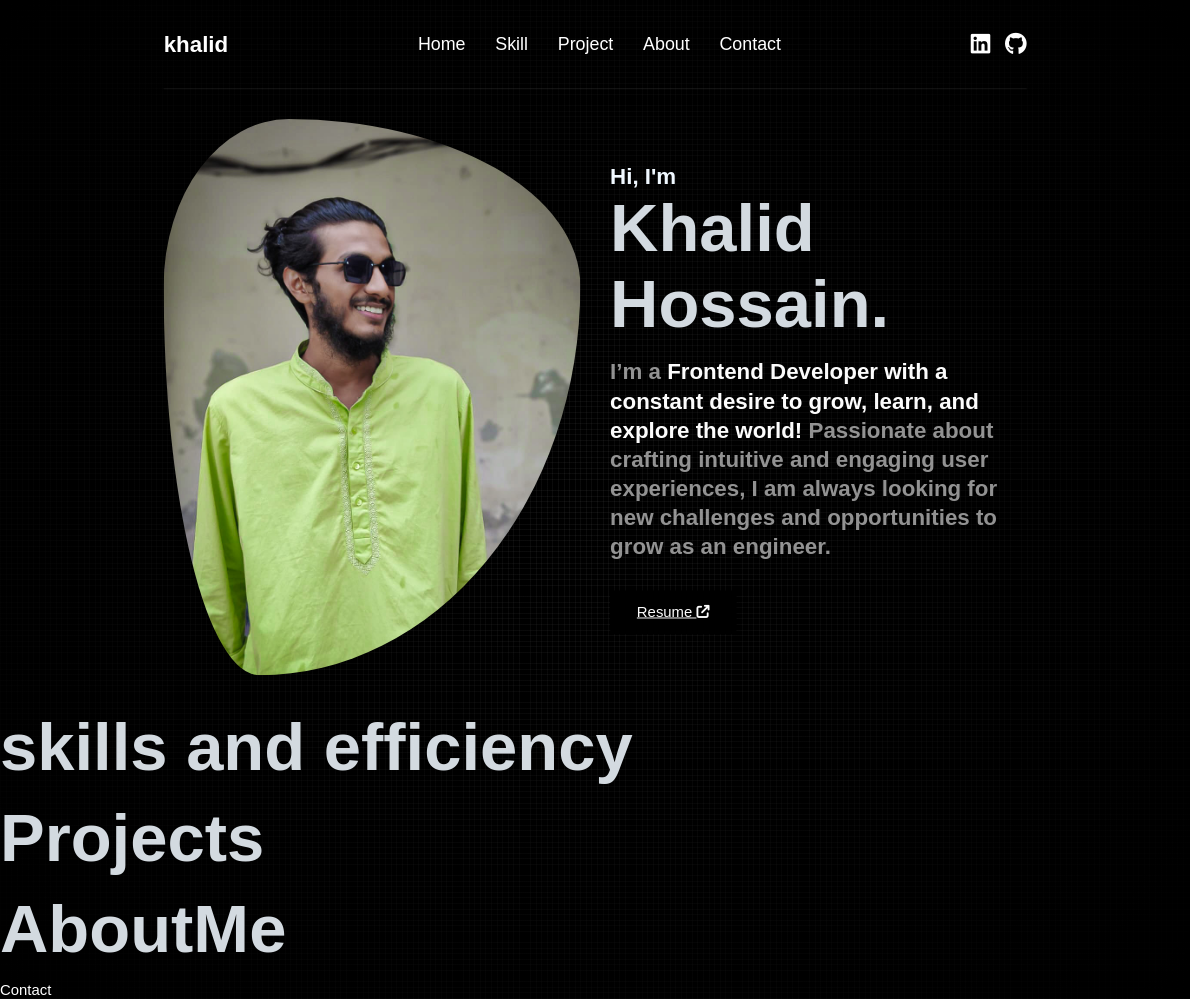
Repository: badhon252/my-portfolio
Page: /
The author's editor kept a copy of each file at every save. The page is drawn from the files as they stood at one save, then again after the next save.
The browser window is 1280 px wide. The pictures show the whole page, at 93% of full size.
The project was rebuilt for these pictures with package versions that can differ from the ones it lists, and the page was loaded fresh each time. Also part of the build but not shown: src/Components/Home/Header/Navbar/Navs/LinkedIn/LinkedIn.module.css, src/Components/Home/Header/Navbar/Navs/GitHub/Github.module.css.

Above is the page before, as saved 2023-01-16 00:59:40.

### public/index.html
<!DOCTYPE html>
<html lang="en">

<head>
    <meta charset="utf-8" />
    <link rel="icon" href="%PUBLIC_URL%/favicon.ico" />
    <meta name="viewport" content="width=device-width, initial-scale=1" />
    <meta name="theme-color" content="#000000" />
    <meta name="description" content="Web site created using create-react-app, Portfolio" />
    <link rel="apple-touch-icon" href="%PUBLIC_URL%/logo192.png" />
    <link rel="stylesheet" href="https://cdnjs.cloudflare.com/ajax/libs/font-awesome/6.2.1/css/all.min.css">
    <link rel="manifest" href="%PUBLIC_URL%/manifest.json" />

    <title>Portfolio Website</title>
</head>

<body>
    <div id="root"></div>

    <script src="https://platform.linkedin.com/badges/js/profile.js" async defer type="text/javascript"></script>

</body>

</html>

### src/index.css
body {
    margin: 0;
    font-family: -apple-system, BlinkMacSystemFont, 'Segoe UI', 'Roboto', 'Oxygen', 'Ubuntu', 'Cantarell', 'Fira Sans', 'Droid Sans', 'Helvetica Neue', sans-serif;
    -webkit-font-smoothing: antialiased;
    -moz-osx-font-smoothing: grayscale;
    background-color: #000000;
    background-image: radial-gradient(circle at center center, transparent 0%, rgb(0, 0, 0) 99%), repeating-linear-gradient(0deg, rgba(163, 163, 163, 0.07) 0px, rgba(163, 163, 163, 0.07) 1px, transparent 1px, transparent 6px), repeating-linear-gradient(90deg, rgba(163, 163, 163, 0.07) 0px, rgba(163, 163, 163, 0.07) 1px, transparent 1px, transparent 6px), linear-gradient(90deg, rgb(0, 0, 0), rgb(0, 0, 0));
    color: #ffffff;
}

code {
    font-family: source-code-pro, Menlo, Monaco, Consolas, 'Courier New', monospace;
}

* {
    margin: 0;
    padding: 0;
    box-sizing: border-box;
    font-family: 'Poppins', sans-serif;
}

### src/App.js
import Home from './Components/Home/Home';

function App() {
  return (
    <div className="App">
      <Home/>
    </div>
  );
}

export default App;

### src/Components/Home/Home.jsx
import AboutMe from "./AboutMe/AboutMe";
import Footer from "./Footer/Footer";
import Header from "./Header/Header";
import Projects from "./Project/Projects";
import Skill from "./Skill/Skill";


export default function Home() {
  return (
    <div>
        <Header />
        <Skill/>
        <Projects/>
        <AboutMe/>
        <Footer/>

    </div>
  )
}

### src/Components/Home/AboutMe/AboutMe.jsx
import React from 'react';

const AboutMe = () => {
    return (
        <div>
            <h1>AboutMe</h1>
        </div>
    );
}

export default AboutMe;

### src/Components/Home/Footer/Footer.jsx
import React from 'react'
import Contact from './Contact/Contact'

export default function Footer() {
  return (
    <div>
        <Contact/>
    </div>
  )
}

### src/Components/Home/Header/Header.jsx
import React from 'react'
import HeaderContent from './HeaderContent/HeaderContent'
import Navbar from './Navbar/Navbar'
import Classes from './Header.module.css'

export default function Header() {
  return (
    <div className={Classes.header}>
      <Navbar/>
      <HeaderContent/>
    </div>
  )
}

### src/Components/Home/Project/Projects.jsx
import React from 'react';

const Projects = () => {
    return (
        <div>
            <h1>Projects</h1>
        </div>
    );
}

export default Projects;

### src/Components/Home/Skill/Skill.jsx
import React from 'react';

const SkillEfficiency = () => {
    return (
        <div>
        <h1>skills and efficiency</h1>
        </div>
    );
}

export default SkillEfficiency;

### src/Components/Home/Header/HeaderContent/HeaderContent.jsx
import Badhon from "../../../../Assests/Images/badhon.jpg";
import HeroSection from './HeroSection'
import Classes from "./Header.module.css";

export default function HeaderContent() {
  return (
    <div>
      <div className={Classes.heroSection}>
          <div className={Classes.row}>
            <HeroSection col={Classes.col}/>
            <div className={Classes.col}>
              <img src={Badhon} alt="Badhon" className={Classes.heroImage} />
            </div>

        </div>
      </div>
    </div>
  )
}

### src/Components/Home/Header/Navbar/Navbar.jsx
import "./Navs/Navs.css"
import "./Navbar.css"
import NavbarBrand from './NavbarBrand/NavbarBrand'
import Nav from './Navs/Nav/Nav'
import LinkedIn from './Navs/LinkedIn/LinkedIn'
import GitHub from './Navs/GitHub/Github'

export default function Navbar() {
  return (
    <div className='navBar borderBottom'>
            <NavbarBrand/>
            <Nav/>
         <div className='navBar'>
            <LinkedIn/>
            <GitHub/>
         </div>
    </div>
  )
}

### src/Components/Home/Header/Header.module.css
.header {
    min-height: 100vh;
    margin: 0 10rem;
    color: aliceblue;
    padding: 0 1rem;
}

### src/Components/Home/Header/HeaderContent/HeroSection.jsx
import Classes from "./Header.module.css";


export default function HeroSection({col}) {
  return (
    <div className={col}>
          <h2 className={Classes.h1}>Hi, I'm</h2>
          <h1 className={Classes.h1}>Khalid Hossain.</h1>
          <p>
            I’m a <span>Frontend Developer with a constant desire to grow, learn, and explore the world!</span> Passionate about crafting intuitive and engaging user experiences,
            I am always looking for new challenges and opportunities to grow as an engineer.
          </p>
          <button className={Classes.resume}>
             <a href="https://www.github.com/badhon252" target="_blank" rel="noreferrer">
               Resume <i class="fa-solid fa-arrow-up-right-from-square"></i>
              </a>
          </button>
    </div>
  );
}

### src/Components/Home/Header/HeaderContent/Header.module.css
.row {
    display: flex;
    flex-direction: row-reverse;
    justify-content: space-between;
    align-items: center;
    flex-wrap: wrap;
    margin: 2rem 0;
    gap: 2rem;
}

.col {
    flex-basis: 45%;
    flex: 1;
}

.heroImage {
    min-width: 300px;
    max-width: 600px;
    width: 100%;
    height: auto;
    box-sizing: border-box;
    overflow: hidden;
    transition: .5s;
    border-radius: 30% 70% 77% 23% / 30% 30% 70% 70%;
}

.heroImage:hover {
    border-radius: 20%;
}

h1 {
    font-size: 4.5em;
    font-weight: 700;
    margin-bottom: 1rem;
    color: rgba(240, 248, 255, 0.877);
}

p {
    font-size: 1.5em;
    font-weight: 600;
    margin-bottom: 1rem;
    color: rgba(255, 255, 255, 0.568);
    line-height: 1.3;
}

p span {
    color: #fcfcfc;
}

.resume {
    padding: .9rem 1.8rem;
    border: 1px solid #49ff12;
    font-size: 1rem;
    font-weight: 500;
    margin-top: 1rem;
    outline: none;
    border: none;
    border-radius: 5px;
    background-color: #000;
}

.resume a {
    color: #fcfcfc;
}

.resume:hover,
a:hover {
    background-color: #49ff12;
    color: #000;
}

### src/Components/Home/Header/Navbar/Navs/Navs.css
.flexRow {
    display: flex;
    justify-content: space-between;
    align-items: center;
    flex-wrap: wrap;
    gap: 2rem;
}

.me_1 {
    margin-right: 1rem;
}

### src/Components/Home/Header/Navbar/Navbar.css
.boxShadow {
    -webkit-box-shadow: 0px 22px 40px -37px rgba(255, 255, 255, 1);
    -moz-box-shadow: 0px 22px 40px -37px rgba(255, 255, 255, 1);
    box-shadow: 0px 22px 40px -37px rgba(255, 255, 255, 1);
}

.borderBottom {
    border-bottom: 1px solid #f6f6f612;
}

### src/Components/Home/Header/Navbar/NavbarBrand/NavbarBrand.jsx
import Classes from "./NavbarBrand.module.css"
export default function NavbarBrand() {
  return (
    <div className={Classes.navbarBrand}>khalid</div>
  )
}

### src/Components/Home/Header/Navbar/Navs/Nav/Nav.jsx
import "./../Navs.css"
import "./Nav.css"
export default function Nav() {
  return (
    <div>
        <nav className="navBar" >
            <div className="container-fluid">

                {/* <button className="navbar-toggler" type="button" data-bs-toggle="collapse" data-bs-target="#navbarSupportedContent" aria-controls="navbarSupportedContent" aria-expanded="false" aria-label="Toggle navigation">
                <span className="navbar-toggler-icon"></span>
                </button> */}
                <div className="collapse navbar-collapse" id="navbarSupportedContent">
                <ul className="flexRow navbar-nav me-auto mb-2 mb-lg-0">
                    <li className="nav-item">
                    <a className="nav-link" href="#home">Home</a>
                    </li>
                    <li className="nav-item">
                    <a className="nav-link" href="#skill">Skill</a>
                    </li>
                    <li className="nav-item">
                    <a className="nav-link" href="#project">Project</a>
                    </li>
                    <li className="nav-item">
                    <a className="nav-link" href="#aboutMe">About</a>
                    </li>
                     <li className="nav-item">
                    <a className="nav-link" href="#contact">Contact</a>
                    </li>

                </ul>

                </div>
            </div>
        </nav>
    </div>
  )
}

### src/Components/Home/Header/Navbar/Navs/LinkedIn/LinkedIn.jsx
import "./LinkedIn.module.css"

export default function LinkedIn() {
  return (
    <div className='me_1' >
      <a href="https://www.linkedin.com/in/khalidhossainbadhon/" target="_blank" rel="noreferrer">
     <i class="fa-brands fa-linkedin"></i>
      </a>
    </div>
  )
}

### src/Components/Home/Header/Navbar/Navs/GitHub/Github.jsx
import Classes from "./Github.module.css"

export default function GitHub() {
  return (
    <div className={Classes.faBrands}>
      <a href="https://github.com/badhon252"><i class="fa-brands fa-github"></i></a>
    </div>
  )
}

### src/Components/Home/Header/Navbar/NavbarBrand/NavbarBrand.module.css
.navbarBrand {
    font-size: 1.5rem;
    font-weight: 700;
    color: rgb(255, 255, 255);
}

### src/Components/Home/Header/Navbar/Navs/Nav/Nav.css
.navBar {
    display: flex;
    justify-content: space-between;
    align-items: center;
    padding: 1.1rem 0;
    flex-wrap: wrap;
}

.navbar-nav {
    list-style-type: none;
    display: flex;
    justify-content: space-between;
}

.navbar-nav li a {
    text-decoration: none;
    color: rgb(255, 255, 255);
    font-size: 1.2rem;
    font-weight: 500;
    transition: all 0.3s ease-in-out;
}

.navbar-nav li a:hover {
    color: #49ff12;
}

.navbar-nav li a.active {
    color: #bb0707;
}

.navbar-nav li a.active:hover {
    color: #f1f1f1;
}

.navbar-nav li a.active::after {
    content: "";
    display: block;
    width: 100%;
    height: 2px;
    background: #f1f1f1;
    margin-top: 5px;
}

.navbar-nav li a.active:hover::after {
    background: #f1f1f1;
}

.fa-brands,
.fab {
    font-weight: 400;
    font-size: 1.5rem;
    color: #fff;
}

Loaded but not shown: src/index.js (common file); src/reportWebVitals.js (common file); src/Components/Home/Footer/Contact/Contact.jsx (common file)

After the next save:
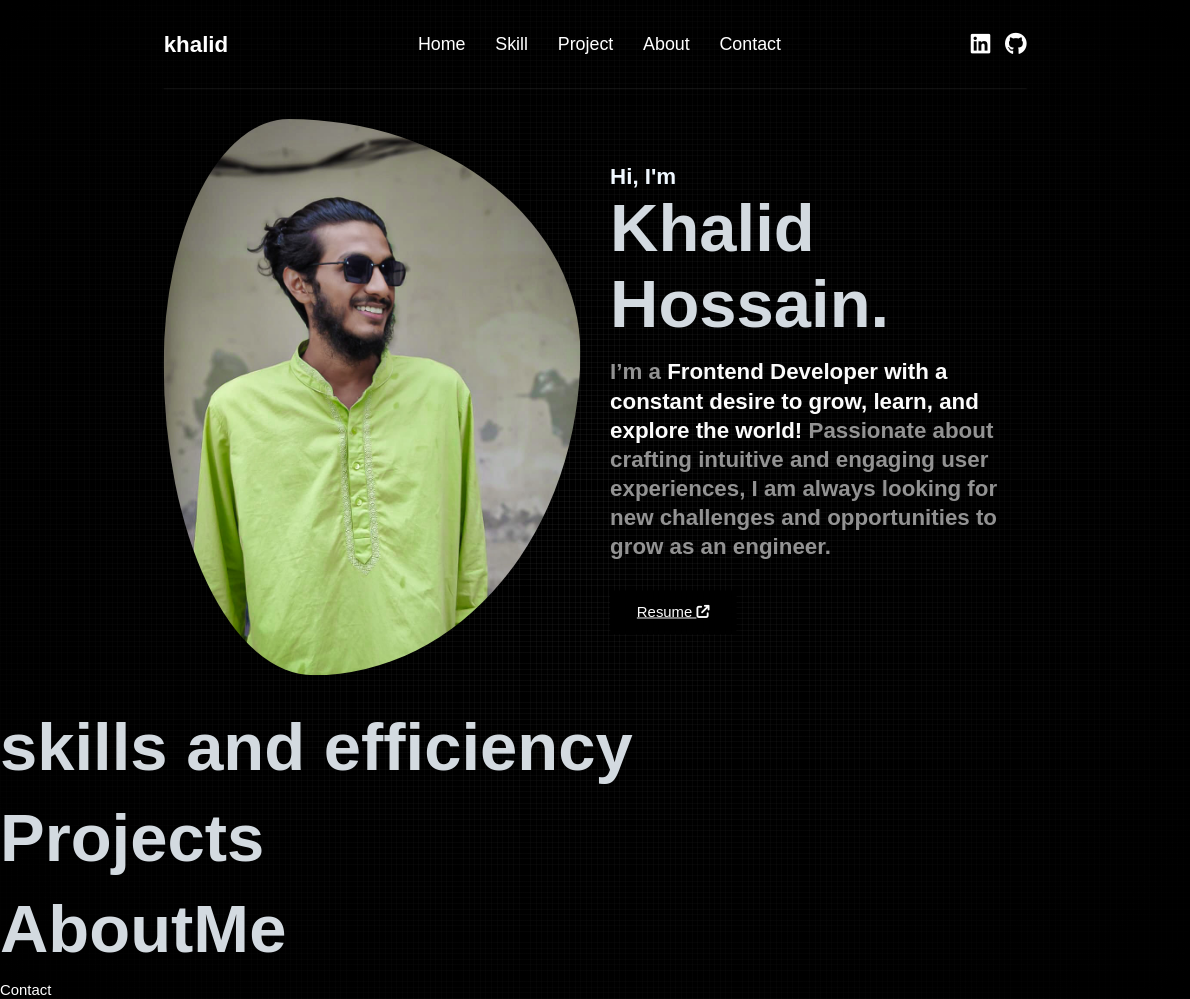
Saved 35 s later.
--- a/src/Components/Home/Header/HeaderContent/Header.module.css
+++ b/src/Components/Home/Header/HeaderContent/Header.module.css
@@ -21,7 +21,7 @@
     box-sizing: border-box;
     overflow: hidden;
     transition: .5s;
-    border-radius: 30% 70% 77% 23% / 30% 30% 70% 70%;
+    border-radius: 30% 70% 64% 36% / 44% 42% 58% 56%;
 }
 
 .heroImage:hover {
